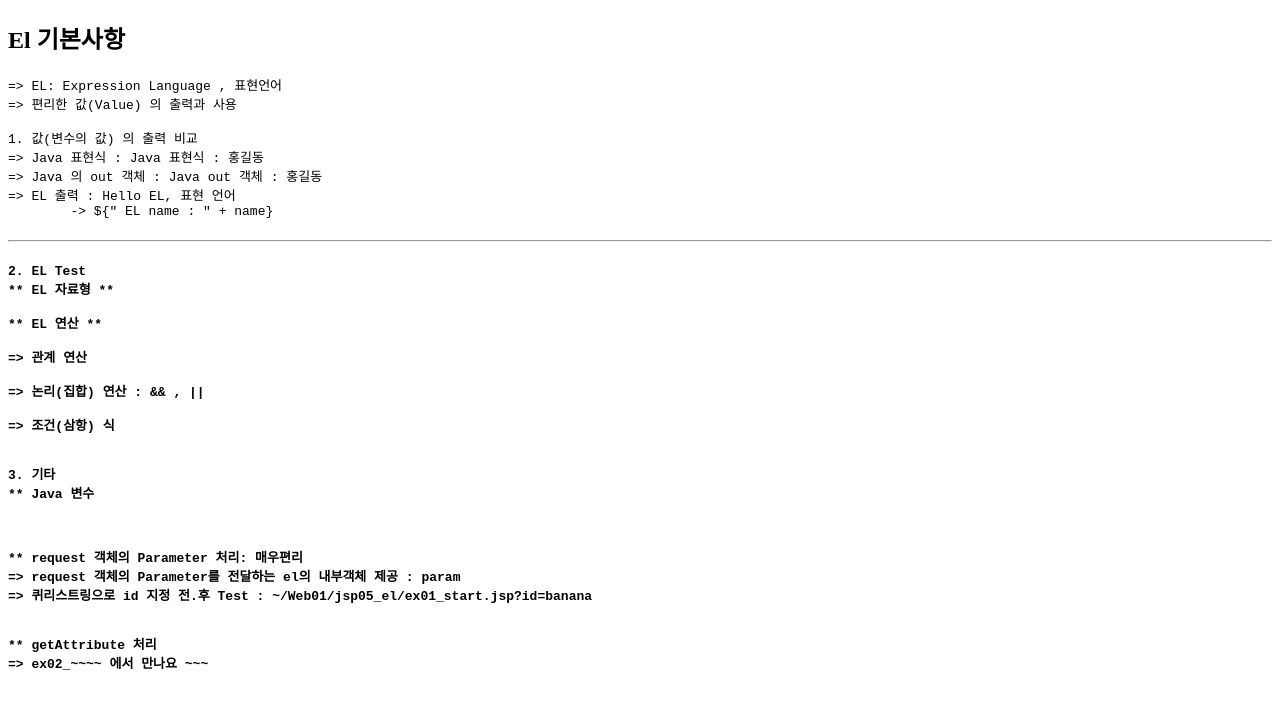
Repository: nameground/Java
Page: http://localhost/Web01/jsp04_EL/ex01_elStart.jsp
An editor plug-in stored every save of this project. The page is shown before and after the next save, followed by the edit.
The browser window is 1280 px wide. The pictures show the whole page.
The page is served by Tomcat 9. Nobody is signed in. The application's start-up code is not run. Other server files are loaded and not shown.

Above is the page before, as saved 2023-10-13 02:45:16.

### mTest/Mywork/Web01/src/main/webapp/jsp04_EL/ex01_elStart.jsp
<%@ page language="java" contentType="text/html; charset=UTF-8"
    pageEncoding="UTF-8"%>
<!DOCTYPE html>
<html>
<head>
<meta charset="UTF-8">
<title>El 기본사항</title>
</head>
<body>
<h2>El 기본사항</h2>
<% String name = "홍길동"; %>
<pre>
=> EL: Expression Language , 표현언어
=> 편리한 값(Value) 의 출력과 사용

1. 값(변수의 값) 의 출력 비교
=> Java 표현식 : <%= "Java 표현식 : " + name %>
=> Java 의 out 객체 : <% out.print("Java out 객체 : " + name); %>
=> EL 출력 : ${"Hello EL, 표현 언어"}
	-> \${" EL name : " + name}

<hr><b>
2. EL Test
** EL 자료형 **

** EL 연산 **

=> 관계 연산

=> 논리(집합) 연산 : && , ||

=> 조건(삼항) 식


3. 기타
** Java 변수



** request 객체의 Parameter 처리: 매우편리
=> request 객체의 Parameter를 전달하는 el의 내부객체 제공 : param
=> 퀴리스트링으로 id 지정 전.후 Test : ~/Web01/jsp05_el/ex01_start.jsp?id=banana


** getAttribute 처리
=> ex02_~~~~ 에서 만나요 ~~~

</b>
</pre>
</body>
</html>

After the next save:
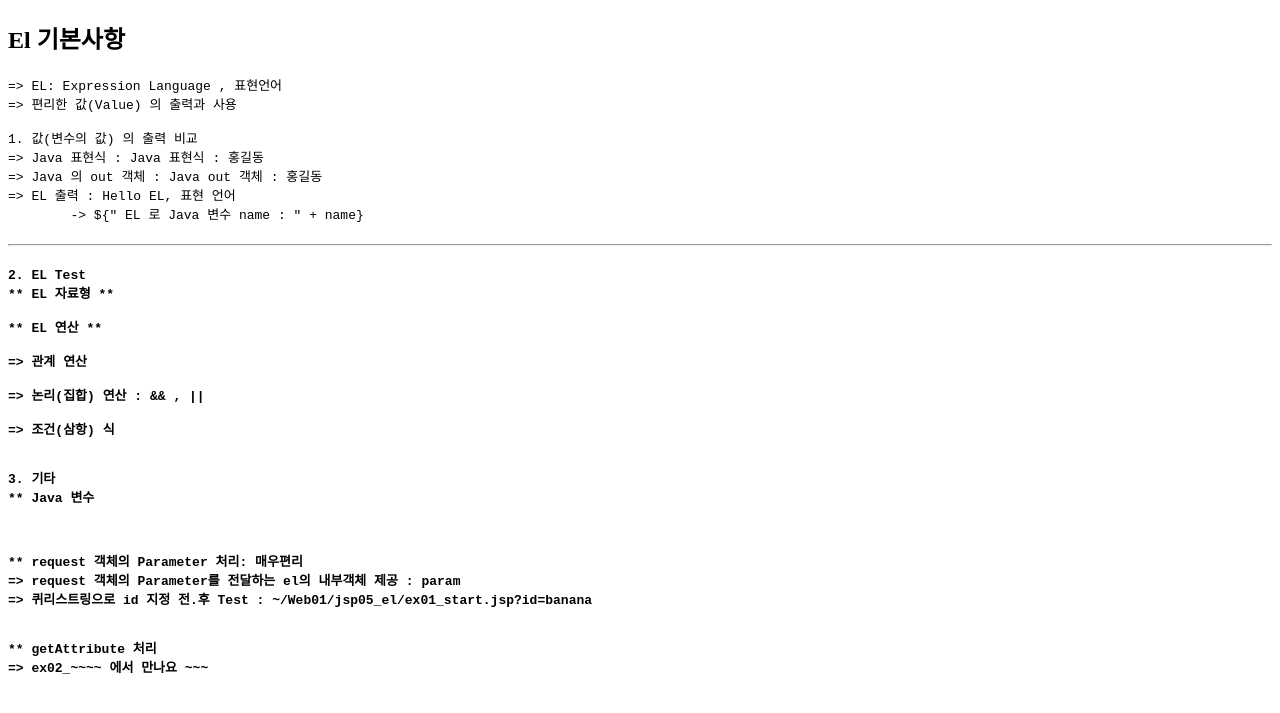
Saved 2 min 10 s later.
--- a/mTest/Mywork/Web01/src/main/webapp/jsp04_EL/ex01_elStart.jsp
+++ b/mTest/Mywork/Web01/src/main/webapp/jsp04_EL/ex01_elStart.jsp
@@ -17,7 +17,7 @@
 => Java 표현식 : <%= "Java 표현식 : " + name %>
 => Java 의 out 객체 : <% out.print("Java out 객체 : " + name); %>
 => EL 출력 : ${"Hello EL, 표현 언어"}
-	-> \${" EL name : " + name}
+	-> \${" EL 로 Java 변수 name : " + name}
 
 <hr><b>
 2. EL Test
